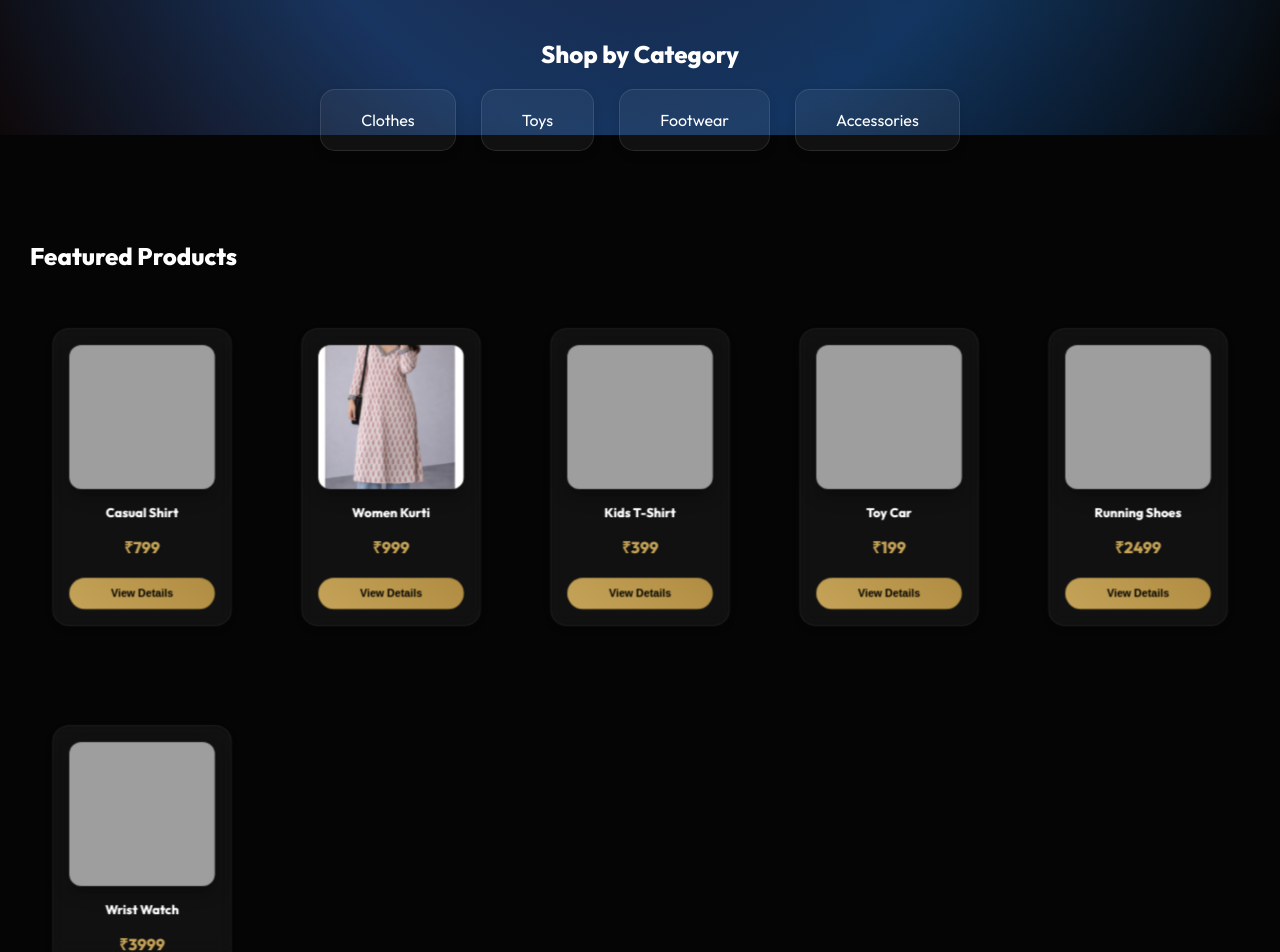
Repository: pradeepkumarh-17/Ecommerce
Page: http://localhost/EcomStore/views/user/home.jsp
These files come from the project's save history. The page is drawn as it stood at one moment and after the next save; the edit follows.
The browser window is 1280 px wide. The pictures show the part of the page from y = 585 to 1537 px (the page is 1767 px tall).
Pictures or frames that could not be fetched are drawn as grey boxes. Some web libraries are served in a nearby version. The page is served by Tomcat 10.

Above is the page before, as saved 2026-05-03 11:55:54.

After the next save:
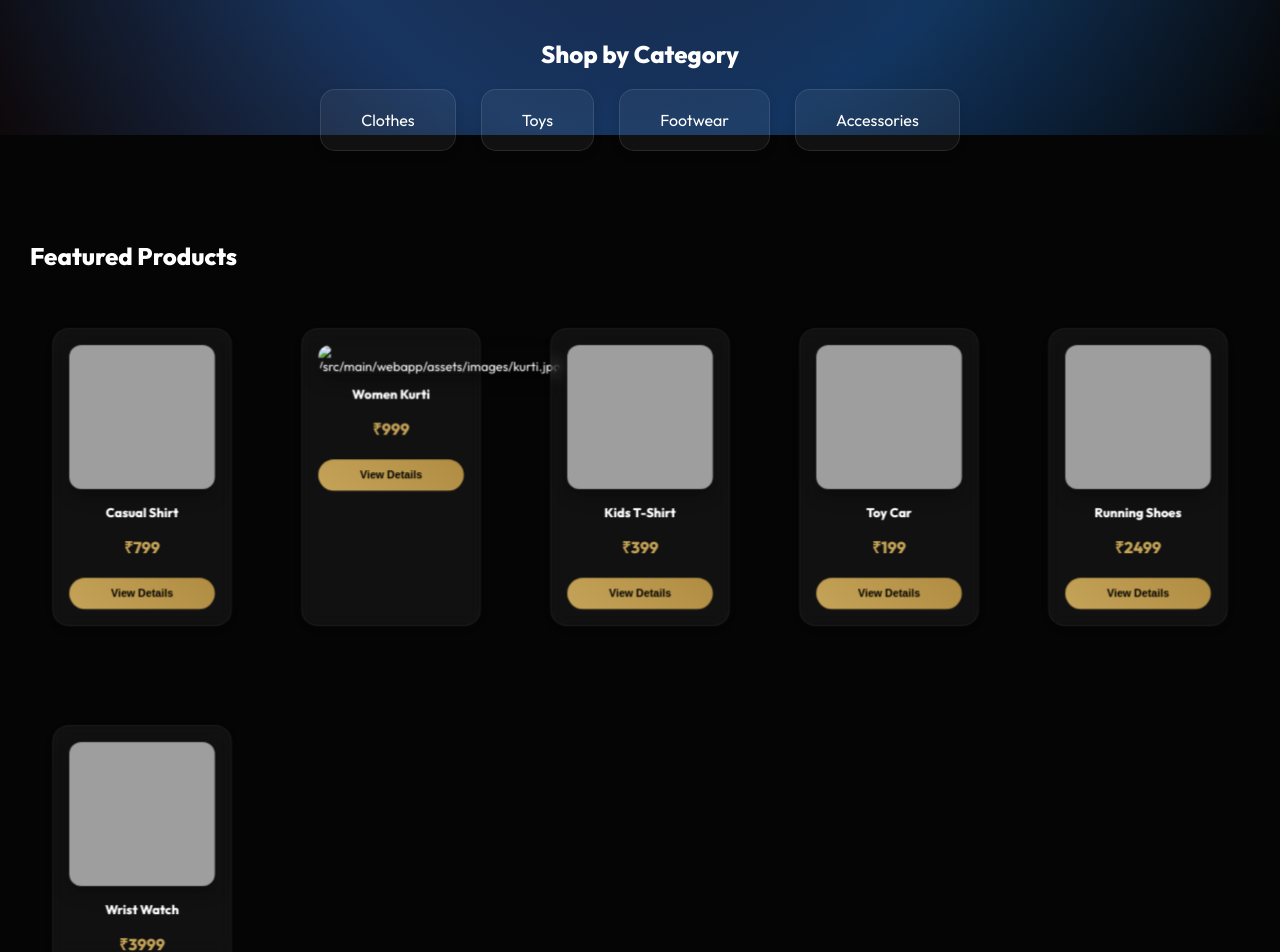
Not found: EcomStore/EcomStore/views/user/images/kurti.jpg
Saved 47 s later.
--- a/EcomStore/src/main/webapp/views/user/home.jsp
+++ b/EcomStore/src/main/webapp/views/user/home.jsp
@@ -53,7 +53,7 @@
 
                 <div class="product-card">
                     <div class="product-img-wrapper">
-                        <img src="/src/main/webapp/assets/images/kurti.jpg" alt=/src/main/webapp/assets/images/kurti.jpg>
+                        <img src="images/kurti.jpg" alt="/src/main/webapp/assets/images/kurti.jpg">
                     </div>
                     <h3>Women Kurti</h3>
                     <p class="price">&#8377;999</p>
